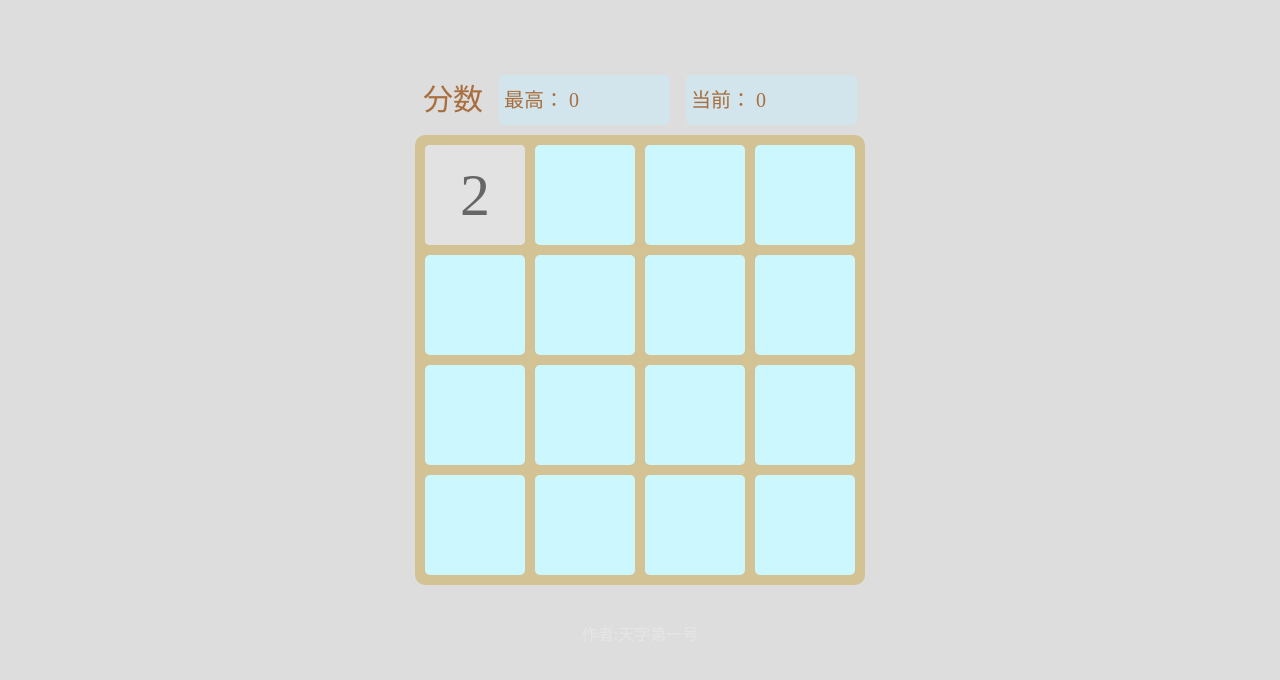
Repository: yangtengxiang/get_test
Page: game/H5/2048.html
The author's editor kept a copy of each file at every save. The page is drawn from the files as they stood at one save, then again after the next save.
The browser window is 1280 px wide. The pictures show the whole page.

Above is the page before, as saved 2020-04-29 17:43:26.

After the next save:
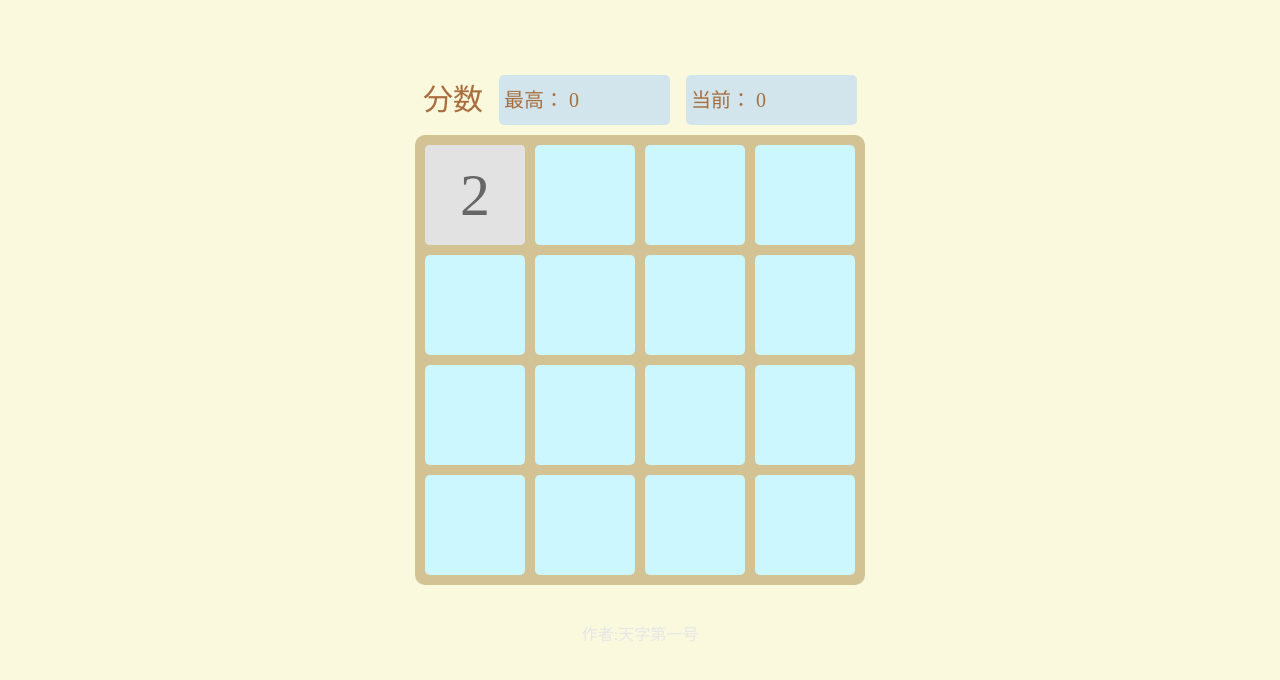
Saved 26 s later.
--- a/game/H5/2048.html
+++ b/game/H5/2048.html
@@ -199,7 +199,7 @@
 		</script>
 		<style type="text/css">
 			*{ margin: 0; padding: 0; font-family: "微软雅黑"; list-style: none;  }
-			body{overflow: hidden;background: #DDD;}
+			body{overflow: hidden;background: #FAF9DE    ;}
 			.f{width: 2em !important;font-size: 30px;flex: 0 0 auto !important;background: none !important;}
 			.Integral{ position: absolute; right: 0; top: -60px; height: 50px; font-size: 20px; color: #A96E3E; display: flex; line-height: 50px; width: 450px; }
 			.Integral p{ flex: 1 1 auto; margin: 0 8px; background: #D2E5EC; border-radius:5px ; width: 5em; }
